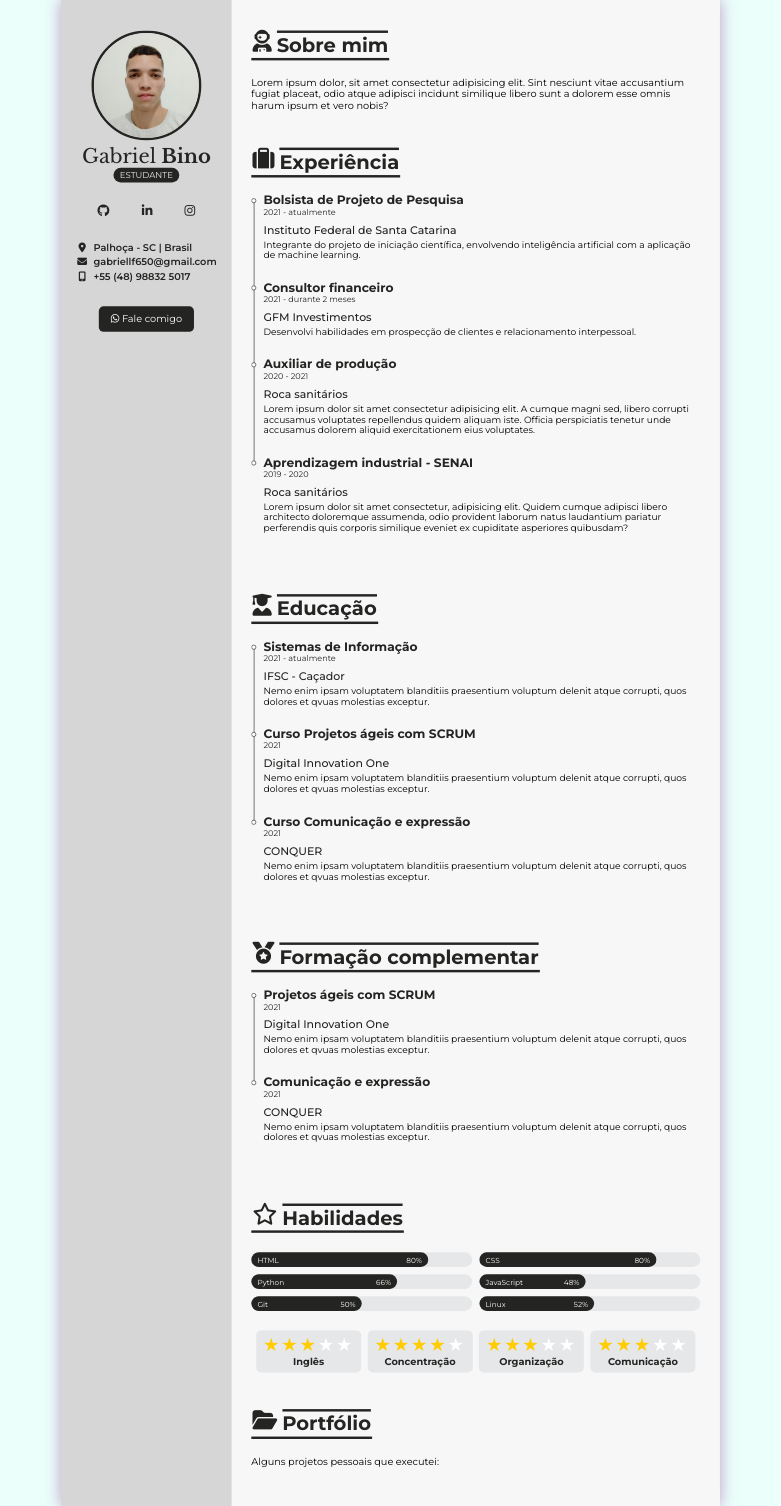
Repository: gabrielbino/curriculoResponsivo
Page: index.html
The author's editor kept a copy of each file at every save. The page is drawn from the files as they stood at one save, then again after the next save.
The browser window is 1280 px wide. The pictures show the whole page, at 61% of full size.
Some web libraries are served in a nearby version.

Above is the page before, as saved 2021-10-19 16:31:44.

### index.html
<!DOCTYPE html>
<html lang="pt-br">
  <head>
    <meta charset="UTF-8" />

    <meta name="viewport" content="width=device-width, initial-scale=1" />

    <link
      rel="stylesheet"
      href="https://cdnjs.cloudflare.com/ajax/libs/normalize/8.0.1/normalize.min.css"
      integrity="sha512-NhSC1YmyruXifcj/KFRWoC561YpHpc5Jtzgvbuzx5VozKpWvQ+4nXhPdFgmx8xqexRcpAglTj9sIBWINXa8x5w=="
      crossorigin="anonymous"
      referrerpolicy="no-referrer"
    />

    <script
      src="https://kit.fontawesome.com/a6ac7cca8d.js"
      crossorigin="anonymous"
    ></script>

    <link rel="stylesheet" href="css/style.css" />

    <link rel="shortcut icon" href="img/favicon.ico" />

    <title>CV do Gabriel</title>
  </head>
  <body>
    <main>
      <aside>
        <div class="sidebar">
          <img
            class="profile-picture"
            src="./img/option_profile.jpeg"
            alt="Gabriel Bino"
          />
          <h1 class="title-name"><span>Gabriel</span> Bino</h1>
          <h3 class="subtitle-role">Estudante</h3>
          <div class="social-links">
            <a href="https://github.com/gabrielbino" target="_blank">
              <i class="fab fa-github"></i>
            </a>
            <a
              href="https://www.linkedin.com/in/gabriel-fernandes-bino-456499195/"
              target="_blank"
            >
              <i class="fab fa-linkedin-in"></i>
            </a>
            <!-- <a href="https://twitter.com/theleoad" target="_blank">
              <i class="fab fa-twitter"></i>
            </a> -->
            <a href="https://www.instagram.com/gabrielfbino/" target="_blank">
              <i class="fab fa-instagram"></i>
            </a>
          </div>
          <ul class="personal-data">
            <li>
              <i class="fas fa-map-marker-alt"></i>
              <span>Palhoça - SC | Brasil</span>
            </li>
            <li>
              <i class="fas fa-envelope"></i>
              <a href="mailto:galbriellf650@gmail.com"
                >gabriellf650@gmail.com</a
              >
            </li>
            <li>
              <i class="fas fa-mobile-alt"></i>
              <a href="tel:+5548988325017">+55 (48) 98832 5017</a>
            </li>
          </ul>
          <a
            class="download-button"
            href="https://wa.me/+5548988325017"
            target="_blank"
          >
            <i class="fab fa-whatsapp"></i>
            <span>Fale comigo</span>
          </a>
        </div>
      </aside>
      <section>
        <article>
          <div class="article-title-wrapper">
            <i class="fas fa-user-astronaut"></i>
            <h2 class="article-title">Sobre mim</h2>
          </div>
          <p>
            Lorem ipsum dolor, sit amet consectetur adipisicing elit. Sint
            nesciunt vitae accusantium fugiat placeat, odio atque adipisci
            incidunt similique libero sunt a dolorem esse omnis harum ipsum et
            vero nobis?
          </p>
        </article>
        <article>
          <div class="article-title-wrapper">
            <i class="fas fa-suitcase"></i>
            <h2 class="article-title">Experiência</h2>
          </div>
          <ul class="timeline">
            <li>
              <h4 class="timeline-title">Bolsista de Projeto de Pesquisa</h4>
              <h5 class="timeline-time">2021 - atualmente</h5>
              <h6 class="timeline-place">
                Instituto Federal de Santa Catarina
              </h6>
              <p class="timeline-text">
                Integrante do projeto de iniciação científica, envolvendo
                inteligência artificial com a aplicação de machine learning.
              </p>
            </li>
            <li>
              <h4 class="timeline-title">Consultor financeiro</h4>
              <h5 class="timeline-time">2021 - durante 2 meses</h5>
              <h6 class="timeline-place">GFM Investimentos</h6>
              <p class="timeline-text">
                Desenvolvi habilidades em prospecção de clientes e
                relacionamento interpessoal.
              </p>
            </li>
            <li>
              <h4 class="timeline-title">Auxiliar de produção</h4>
              <h5 class="timeline-time">2020 - 2021</h5>
              <h6 class="timeline-place">Roca sanitários</h6>
              <p class="timeline-text">
                Lorem ipsum dolor sit amet consectetur adipisicing elit. A
                cumque magni sed, libero corrupti accusamus voluptates
                repellendus quidem aliquam iste. Officia perspiciatis tenetur
                unde accusamus dolorem aliquid exercitationem eius voluptates.
              </p>
            </li>
            <li>
              <h4 class="timeline-title">Aprendizagem industrial - SENAI</h4>
              <h5 class="timeline-time">2019 - 2020</h5>
              <h6 class="timeline-place">Roca sanitários</h6>
              <p class="timeline-text">
                Lorem ipsum dolor sit amet consectetur, adipisicing elit. Quidem
                cumque adipisci libero architecto doloremque assumenda, odio
                provident laborum natus laudantium pariatur perferendis quis
                corporis similique eveniet ex cupiditate asperiores quibusdam?
              </p>
            </li>
          </ul>
        </article>
        <article>
          <div class="article-title-wrapper">
            <i class="fas fa-user-graduate"></i>
            <h2 class="article-title">Educação</h2>
          </div>
          <ul class="timeline">
            <li>
              <h4 class="timeline-title">Sistemas de Informação</h4>
              <h5 class="timeline-time">2021 - atualmente</h5>
              <h6 class="timeline-place">IFSC - Caçador</h6>
              <p class="timeline-text">
                Nemo enim ipsam voluptatem blanditiis praesentium voluptum
                delenit atque corrupti, quos dolores et qvuas molestias
                exceptur.
              </p>
            </li>
            <li>
              <h4 class="timeline-title">Curso Projetos ágeis com SCRUM</h4>
              <h5 class="timeline-time">2021</h5>
              <h6 class="timeline-place">Digital Innovation One</h6>
              <p class="timeline-text">
                Nemo enim ipsam voluptatem blanditiis praesentium voluptum
                delenit atque corrupti, quos dolores et qvuas molestias
                exceptur.
              </p>
            </li>
            <li>
              <h4 class="timeline-title">Curso Comunicação e expressão</h4>
              <h5 class="timeline-time">2021</h5>
              <h6 class="timeline-place">CONQUER</h6>
              <p class="timeline-text">
                Nemo enim ipsam voluptatem blanditiis praesentium voluptum
                delenit atque corrupti, quos dolores et qvuas molestias
                exceptur.
              </p>
            </li>
          </ul>
        </article>
        <article>
          <div class="article-title-wrapper">
            <i class="fas fa-medal"></i>
            <h2 class="article-title">Formação complementar</h2>
          </div>
          <ul class="timeline">
            <li>
              <h4 class="timeline-title">Projetos ágeis com SCRUM</h4>
              <h5 class="timeline-time">2021</h5>
              <h6 class="timeline-place">Digital Innovation One</h6>
              <p class="timeline-text">
                Nemo enim ipsam voluptatem blanditiis praesentium voluptum
                delenit atque corrupti, quos dolores et qvuas molestias
                exceptur.
              </p>
            </li>
            <li>
              <h4 class="timeline-title">Comunicação e expressão</h4>
              <h5 class="timeline-time">2021</h5>
              <h6 class="timeline-place">CONQUER</h6>
              <p class="timeline-text">
                Nemo enim ipsam voluptatem blanditiis praesentium voluptum
                delenit atque corrupti, quos dolores et qvuas molestias
                exceptur.
              </p>
            </li>
          </ul>
        </article>
        <article>
          <div class="article-title-wrapper">
            <i class="far fa-star"></i>
            <h2 class="article-title">Habilidades</h2>
          </div>
          <div class="skills-container">
            <div class="progress">
              <div class="progress-bar" role="progressbar" style="width: 80%">
                <div class="progress-text">
                  <span>HTML</span>
                  <span>80%</span>
                </div>
              </div>
            </div>
            <div class="progress">
              <div class="progress-bar" role="progressbar" style="width: 80%">
                <div class="progress-text">
                  <span>CSS</span>
                  <span>80%</span>
                </div>
              </div>
            </div>
            <div class="progress">
              <div class="progress-bar" role="progressbar" style="width: 66%">
                <div class="progress-text">
                  <span>Python</span>
                  <span>66%</span>
                </div>
              </div>
            </div>
            <div class="progress">
              <div class="progress-bar" role="progressbar" style="width: 48%">
                <div class="progress-text">
                  <span>JavaScript</span>
                  <span>48%</span>
                </div>
              </div>
            </div>
            <div class="progress">
              <div class="progress-bar" role="progressbar" style="width: 50%">
                <div class="progress-text">
                  <span>Git</span>
                  <span>50%</span>
                </div>
              </div>
            </div>
            <div class="progress">
              <div class="progress-bar" role="progressbar" style="width: 52%">
                <div class="progress-text">
                  <span>Linux</span>
                  <span>52%</span>
                </div>
              </div>
            </div>
          </div>
          <div class="soft-skills">
            <div class="soft-skill">
              <div class="soft-skill-rating" style="--rating: 3"></div>
              <h4 class="soft-skill-label">Inglês</h4>
            </div>
            <div class="soft-skill">
              <div class="soft-skill-rating" style="--rating: 4"></div>
              <h4 class="soft-skill-label">Concentração</h4>
            </div>
            <div class="soft-skill">
              <div class="soft-skill-rating" style="--rating: 3"></div>
              <h4 class="soft-skill-label">Organização</h4>
            </div>
            <div class="soft-skill">
              <div class="soft-skill-rating" style="--rating: 3"></div>
              <h4 class="soft-skill-label">Comunicação</h4>
            </div>
          </div>
        </article>
        <article>
          <div class="article-title-wrapper">
            <i class="fas fa-folder-open"></i>
            <h2 class="article-title">Portfólio</h2>
          </div>
          <p>Alguns projetos pessoais que executei:</p>
          <div class="portfolio">
            <a href="#" class="portfolio-item">
              <div></div>
            </a>
            <a href="#" class="portfolio-item">
              <div></div>
            </a>
            <a href="#" class="portfolio-item">
              <div></div>
            </a>
            <a href="#" class="portfolio-item">
              <div></div>
            </a>
          </div>
        </article>
      </section>
    </main>
  </body>
</html>

### css/style.css
@import url("https://fonts.googleapis.com/css2?family=Libre+Baskerville:wght@400;700&family=Montserrat:wght@400;500;600;700&display=swap");

* {
  box-sizing: border-box;
}

img {
  max-width: 100%;
}

body {
  background-color: #ebfffb;
  color: black;
  font-family: "Montserrat", sans-serif;
}

main {
  background-color: #ebfffb;
  box-shadow: 0 0 1.5rem rgba(149, 56, 158, 0.5);
  display: flex;
  margin: 0 auto;
  max-width: 1080px;
  min-height: 100vh;
  width: 100%;
}

aside {
  background-color: #d6d6d6;
  padding: 50px 0 16px;
  width: 280px;
}

.sidebar {
  align-items: center;
  display: flex;
  flex-direction: column;
  position: sticky;
  top: 16px;
  width: 100%;
}

.profile-picture {
  border-radius: 50%;
  border: solid 4px #242423;
  width: 180px;
}

.title-name {
  color: #242423;
  font-family: "Libre Baskerville", serif;
  font-weight: 700;
  margin: 8px 0 0;
}

.title-name span {
  font-weight: 500;
}

.subtitle-role {
  background: #242423;
  border-radius: 12px;
  color: #e9ebec;
  font-size: 14px;
  font-weight: 400;
  margin: 0;
  padding: 4px 10px;
  text-transform: uppercase;
}

.social-links {
  display: flex;
  font-size: 20px;
  justify-content: space-between;
  margin: 36px 0;
  width: 160px;
}

.social-links a {
  color: #242423;
}

.social-links a:hover {
  color: #;
}

.personal-data {
  list-style-type: none;
  margin: 0;
  padding: 0;
}

.personal-data li {
  color: #242423;
  font-weight: 600;
  line-height: 1.5;
}

.personal-data li a {
  color: inherit;
  text-decoration: none;
}

.personal-data i {
  margin-right: 4px;
  text-align: center;
  width: 20px;
}

.download-button {
  background: #242423;
  border-radius: 8px;
  color: white;
  display: block;
  margin: 36px 0;
  padding: 12px 20px;
  text-decoration: none;
}

section {
  background-color: #f7f7f7;
  padding: 50px 32px 0;
  width: calc(100% - 280px);
}

article:not(:last-of-type) {
  margin-bottom: 60px;
}

.article-title-wrapper {
  align-items: center;
  border-bottom: 4px solid;
  color: #242423;
  display: inline-flex;
  margin-bottom: 12px;
  padding: 0 2px;
}
.article-title-wrapper i {
  font-size: 36px;
  margin: -8px 8px 0 0;
}

.article-title {
  border-top: 4px solid;
  color: #242423;
  font-size: 32px;
  font-weight: 800;
  margin: 0 0 2px;
  padding-top: 2px;
}

.timeline {
  list-style: none;
  margin: 20px 0;
  padding: 0;
}

.timeline li {
  margin: 0;
  padding: 2px 0 40px 20px;
  position: relative;
}

.timeline li::after {
  background-color: #fff;
  border-radius: 50%;
  border: 1px solid #242423;
  box-sizing: border-box;
  content: "";
  display: inline-block;
  height: 8px;
  left: 0;
  position: absolute;
  top: 2px;
  width: 8px;
}

.timeline li:not(:last-of-type)::before {
  background-color: #242423;
  content: "";
  height: 100%;
  left: 3.5px;
  position: absolute;
  top: calc(0.5em - 4px);
  width: 1px;
}

.timeline-title {
  color: #242423;
  font-size: 20px;
  margin: -8px 0 0;
}

.timeline-time {
  color: #242423;
  font-weight: 400;
  margin: 0;
}

.timeline-place {
  color: #242423;
  font-size: 18px;
  font-weight: 500;
  margin: 12px 0 4px;
}

.timeline-text {
  font-size: 15px;
  margin: 0;
}

.skills-container {
  display: flex;
  flex-wrap: wrap;
  justify-content: space-between;
  margin: 20px 0;
}

.progress {
  background-color: rgba(68, 86, 108, 0.1);
  border-radius: 20px;
  display: flex;
  font-size: 0.75rem;
  height: 1.5rem;
  margin-bottom: 12px;
  width: calc(50% - 6px);
}

.progress-bar {
  align-items: center;
  background-color: #242423;
  border-radius: 20px;
  color: #fff;
  display: flex;
  padding: 0 10px;
}

.progress-text {
  display: flex;
  justify-content: space-between;
  width: 100%;
}

.soft-skills {
  display: flex;
  justify-content: space-between;
  padding: 0 8px;
}

.soft-skill {
  background-color: rgba(68, 86, 108, 0.1);
  border-radius: 8px;
  padding: 8px;
  text-align: center;
  width: calc(25% - 8px);
}

.soft-skill-rating {
  --percent: calc(var(--rating) / 5 * 100%);
  display: inline-block;
  font-family: Times;
  font-size: 30px;
  line-height: 1;
}

.soft-skill-rating::before {
  background-clip: text;
  background: linear-gradient(90deg, #fc0 var(--percent), #fff var(--percent));
  content: "★★★★★";
  letter-spacing: 3px;
  -webkit-background-clip: text;
  -webkit-text-fill-color: transparent;
}

.soft-skill-label {
  color: #242423;
  margin: 4px 0 0;
}

.portfolio {
  display: flex;
  flex-wrap: wrap;
  justify-content: space-between;
}

.portfolio-item {
  margin-bottom: 24px;
  text-decoration: none;
  width: calc(50% - 12px);
}

/* .portfolio-item div {
  margin: 0;
}

.portfolio-item figcaption {
  color: #3c6e71;
  font-weight: 800;
  text-align: center;
} */

@media (max-width: 1024px) {
  .soft-skills {
    flex-wrap: wrap;
  }

  .soft-skill {
    margin: 4px;
    width: calc(50% - 8px);
  }
}

@media (max-width: 768px) {
  main {
    display: block;
  }

  aside,
  section {
    width: 100%;
  }

  section {
    padding: 32px 16px 0;
  }

  .article-title-wrapper {
    display: flex;
    padding: 0;
  }

  .progress,
  .soft-skill,
  .portfolio-item,
  .article-title {
    width: 100%;
  }

  .portfolio-item figure {
    text-align: center;
  }
}

After the next save:
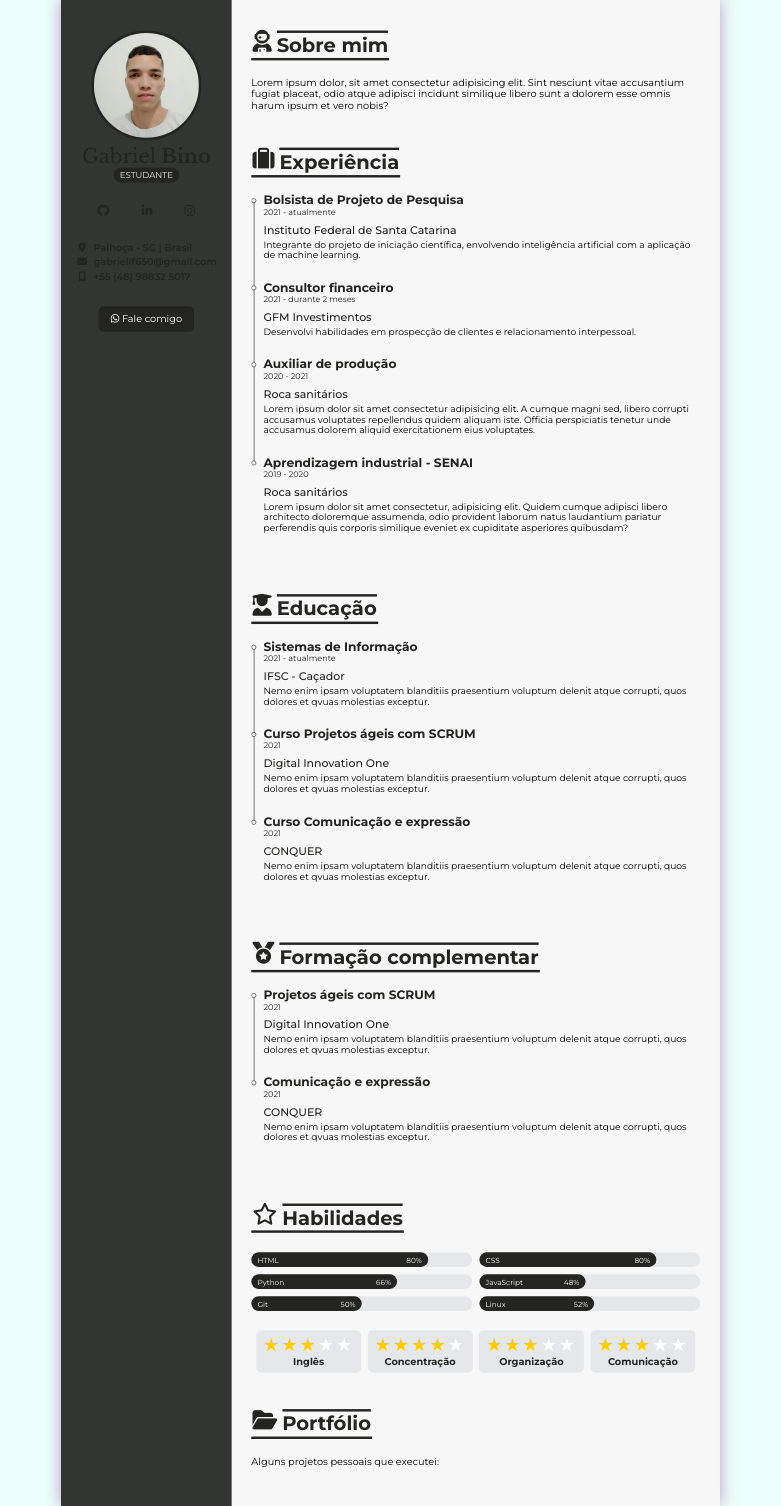
Saved 2 min 0 s later.
--- a/css/style.css
+++ b/css/style.css
@@ -25,7 +25,7 @@ main {
 }
 
 aside {
-  background-color: #d6d6d6;
+  background-color: #333533;
   padding: 50px 0 16px;
   width: 280px;
 }
